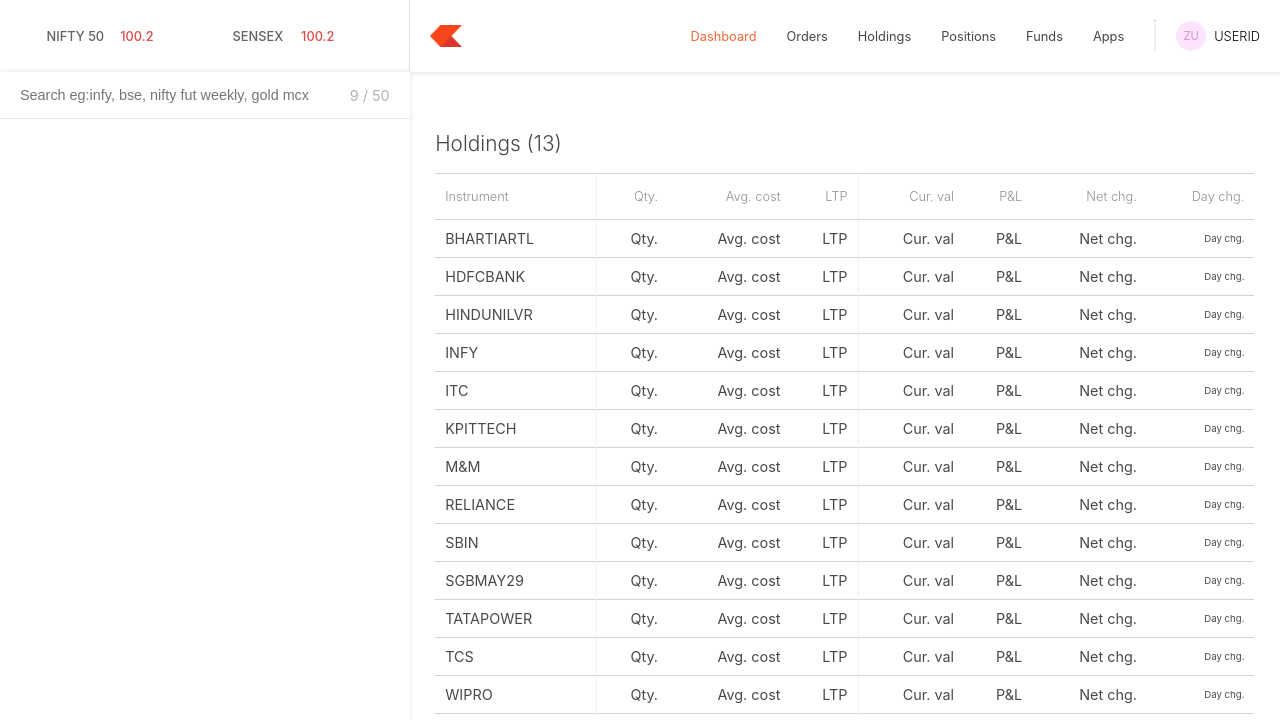
Repository: rushikesh-kolpe21/zerodha_4
Page: /holdings (app in dashboard/)
An editor plug-in stored every save of this project. The page is shown before and after the next save, followed by the edit.
The browser window is 1280 px wide. The pictures show the whole page.
An inner scrolling area shows only its first screen. The project was rebuilt for these pictures with package versions that can differ from the ones it lists, and the page was loaded fresh each time. Also part of the build but not shown: dashboard/vite.config.js, dashboard/src/components/Apps.jsx, dashboard/src/components/Funds.jsx, dashboard/src/components/Orders.jsx, dashboard/src/components/Positions.jsx, dashboard/src/components/Summary.jsx.

Above is the page before, as saved 2025-03-25 07:28:46.

After the next save:
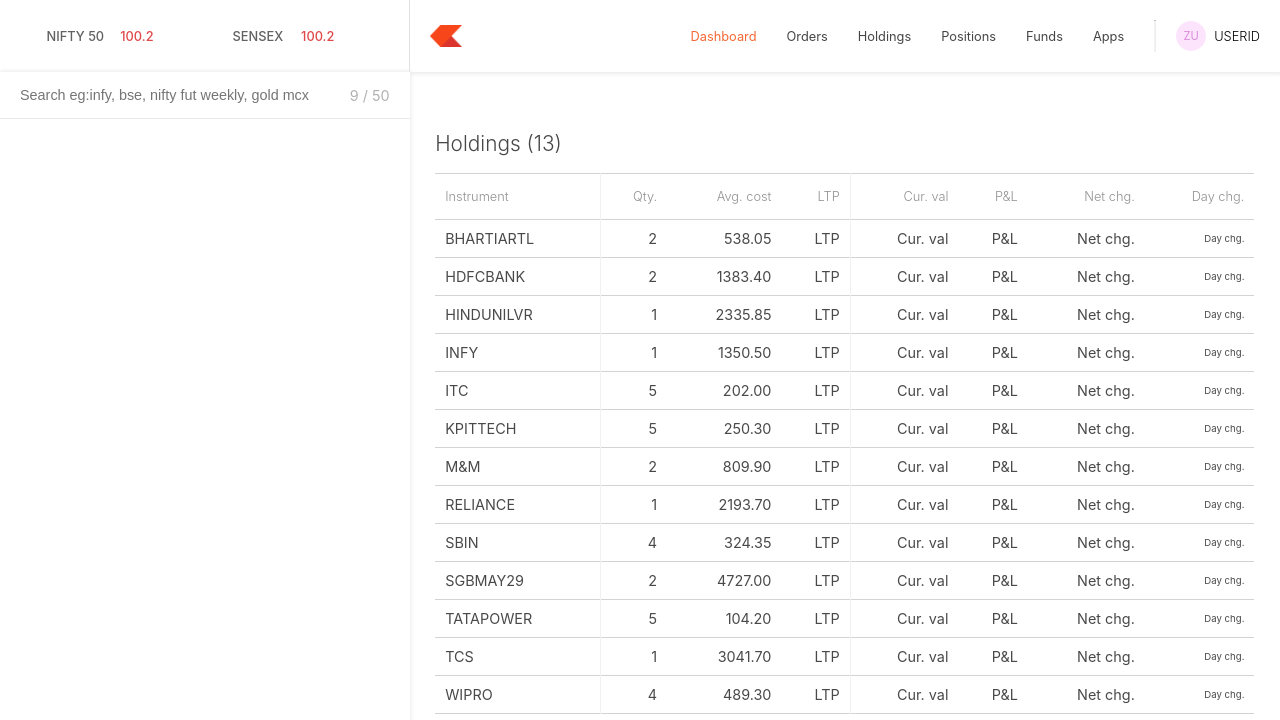
Saved 44 s later.
--- a/dashboard/src/components/Holdings.jsx
+++ b/dashboard/src/components/Holdings.jsx
@@ -28,8 +28,8 @@
             return(
               <tr key={index}>
                <td>{stock.name}</td>
-                <td>Qty.</td>
-                <td>Avg. cost</td>
+                <td>{stock.qty}</td>
+                <td>{stock.avg.toFixed(2)}</td>
                 <td>LTP</td>
                 <td>Cur. val</td>
                 <td>P&L</td>
